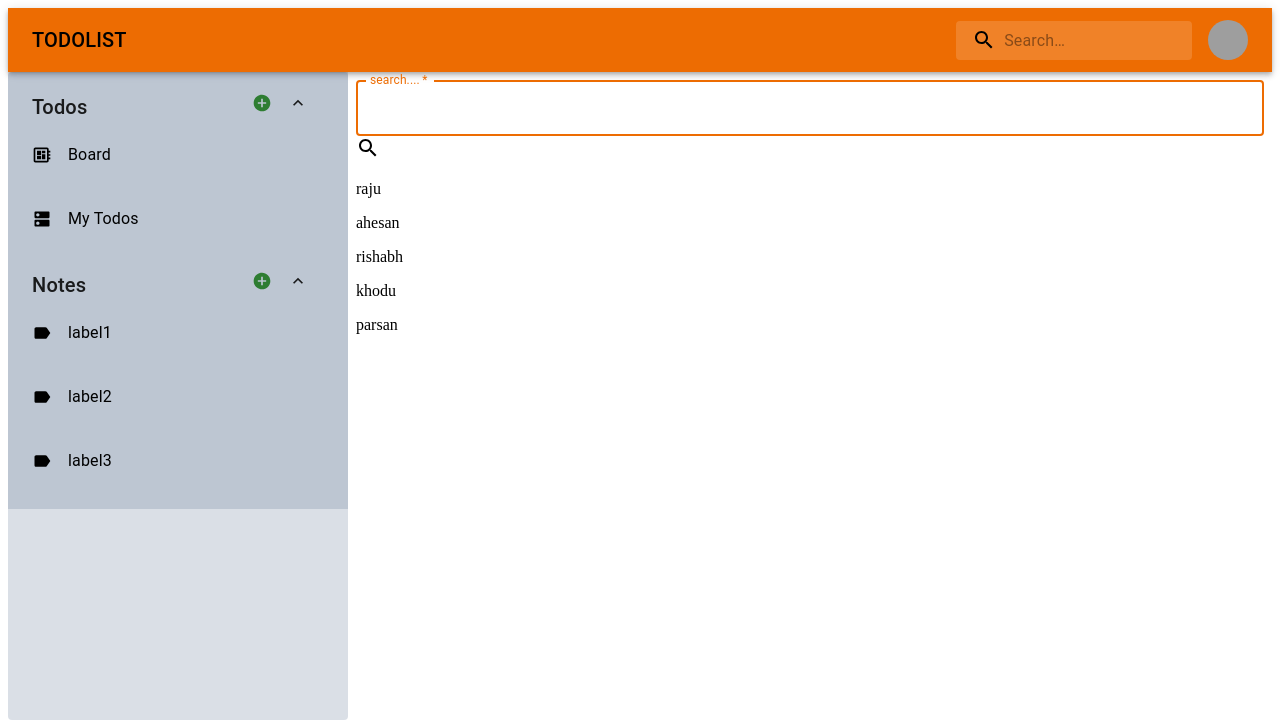
Repository: HrishrathTBS/Trackerbea
Page: / (app in client/)
An editor plug-in stored every save of this project. The page is shown before and after the next save, followed by the edit.
The browser window is 1280 px wide. The pictures show the whole page.
Pictures or frames that could not be fetched are drawn as grey boxes. The project was rebuilt for these pictures with package versions that can differ from the ones it lists, and the page was loaded fresh each time. Also part of the build but not shown: client/src/components/TodoList.js, client/src/components/Board.js, client/src/components/ListOfBar.js, client/src/components/MyTodos.js, client/src/pages/Label/Label1.js, client/src/pages/Label/Label2.js, client/src/pages/Label/Label3.js.

Above is the page before, as saved 2022-03-10 14:49:39.

After the next save:
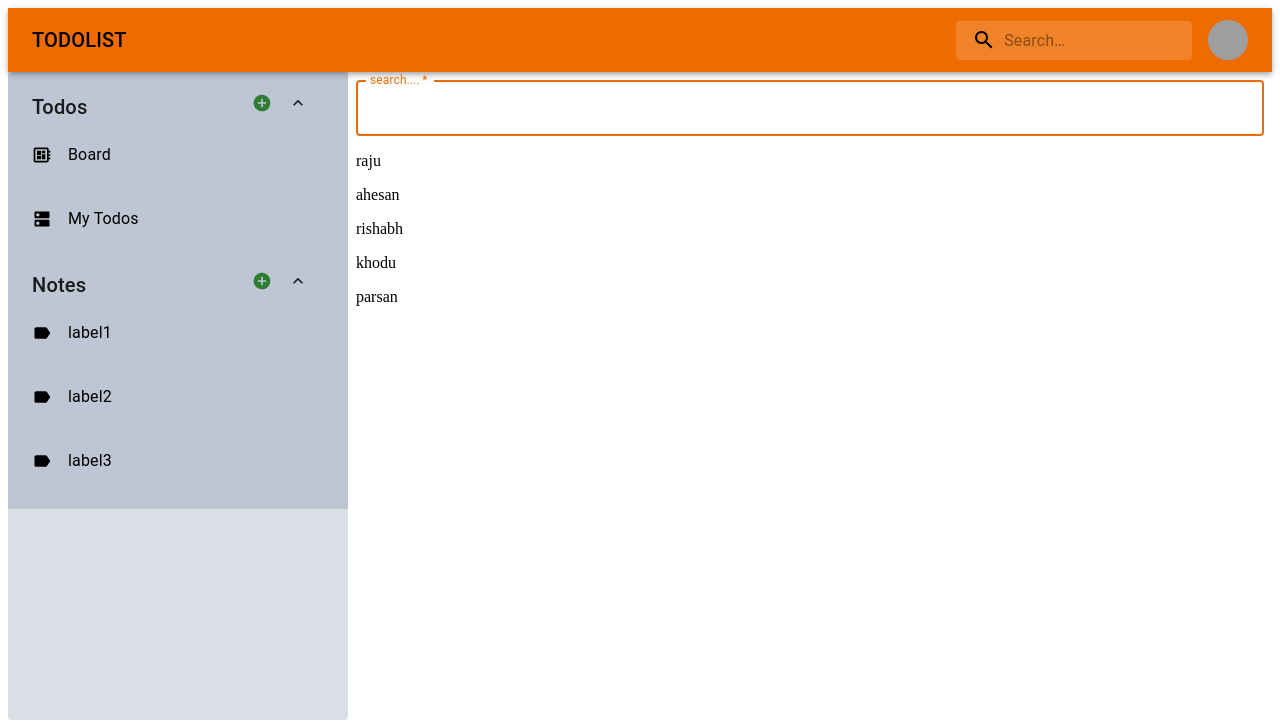
Saved 61 s later.
--- a/client/src/components/Filter.js
+++ b/client/src/components/Filter.js
@@ -23,8 +23,9 @@ const Filter = () => {
       </div> */}
       <Grid container justifyContent='center' m={1}>
         <Grid item xs={12}>
-          <TextField autoComplete='text' value={search} color='warning' variant='outlined' fullWidth id='search' label='search....' onChange={handleChange} autoFocus required />
-          <SearchIcon />
+          <TextField autoComplete='text' value={search} color='warning' variant='outlined' fullWidth id='search' label='search....' onChange={handleChange} autoFocus required>
+            <SearchIcon />
+          </TextField>
           {teams.map((team) => (
             <p>{team}</p>
           ))}
